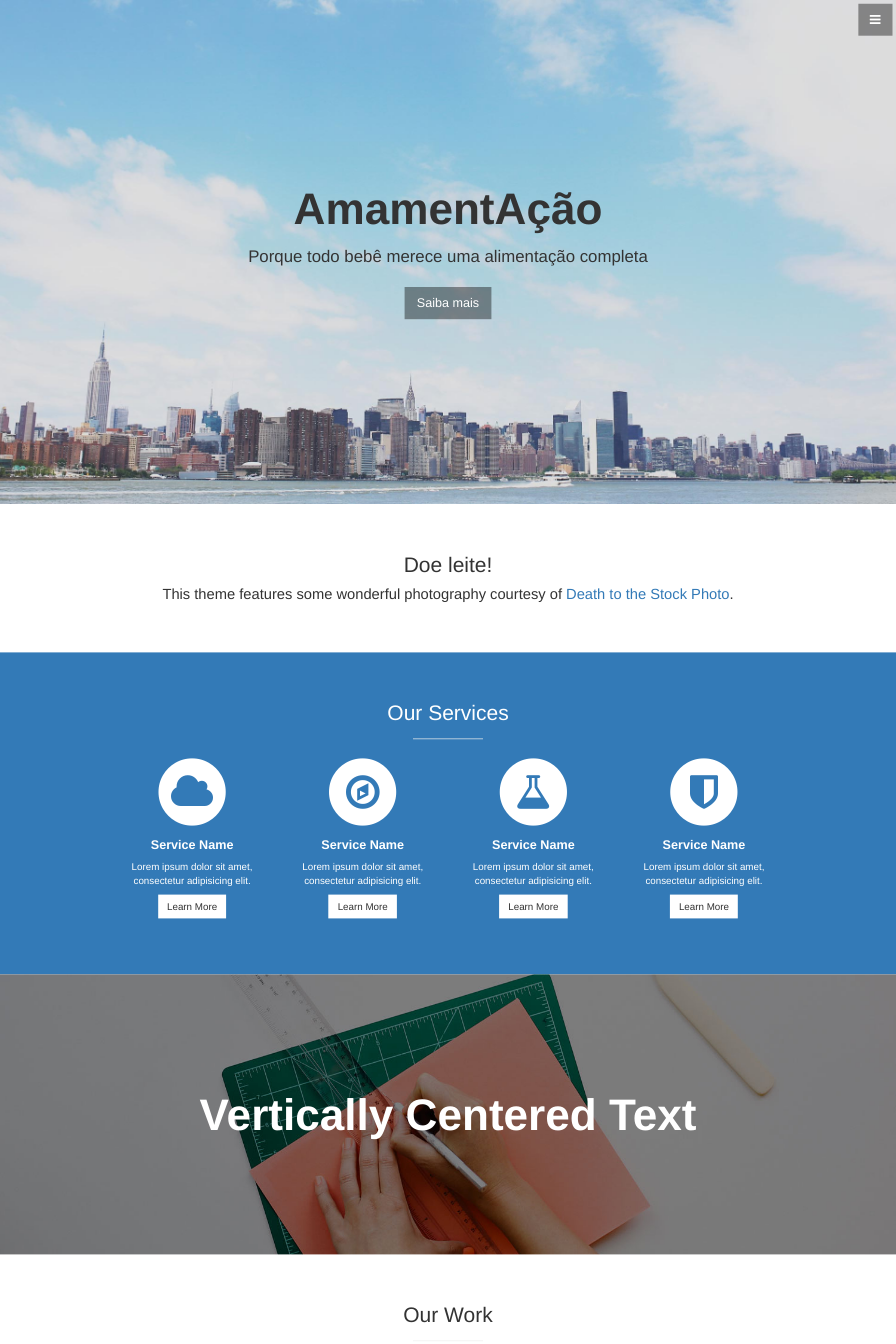
Repository: rsanttos/AmamentAcaoPage
Page: AmamentAcao/WebContent/index.html
These files come from the project's save history. The page is drawn as it stood at one moment and after the next save; the edit follows.
The browser window is 1280 px wide. The pictures show the part of the page from y = 0 to 1920 px (the page is 3885 px tall), at 70% of full size.
Some web fonts or font styles are not loaded; a fallback is used.

Above is the page before, as saved 2016-11-24 19:35:32.

After the next save:
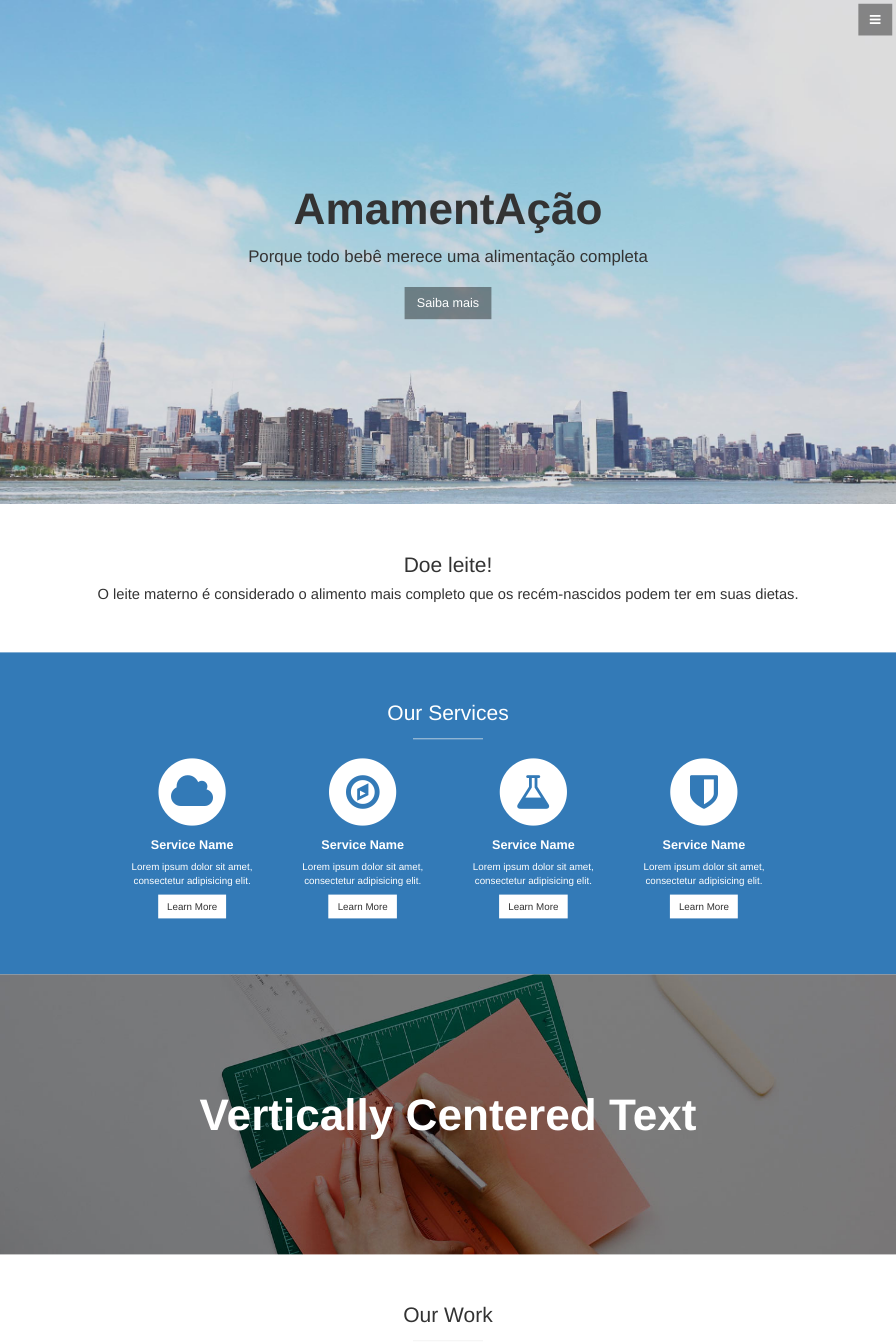
Saved 41 s later.
--- a/AmamentAcao/WebContent/index.html
+++ b/AmamentAcao/WebContent/index.html
@@ -74,7 +74,7 @@
             <div class="row">
                 <div class="col-lg-12 text-center">
                     <h2>Doe leite!</h2>
-                    <p class="lead">This theme features some wonderful photography courtesy of <a target="_blank" href="http://join.deathtothestockphoto.com/">Death to the Stock Photo</a>.</p>
+                    <p class="lead">O leite materno é considerado o alimento mais completo que os recém-nascidos podem ter em suas dietas.</p>
                 </div>
             </div>
             <!-- /.row -->
